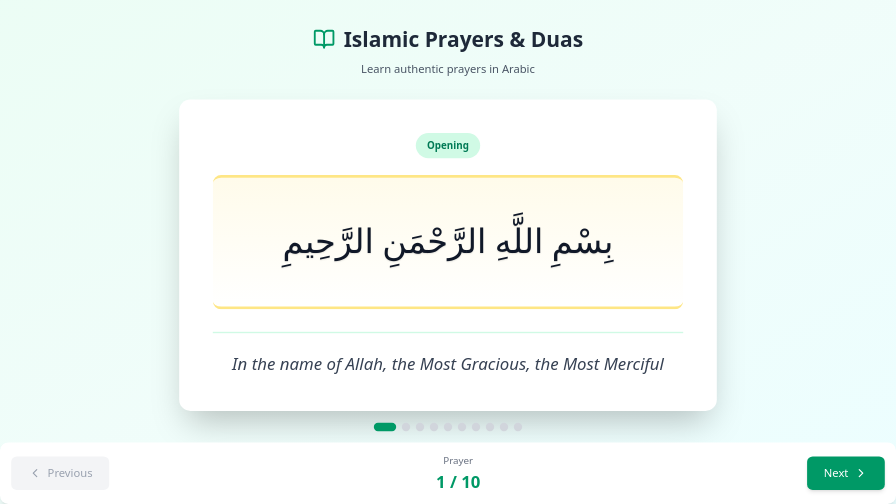
Repository: AbdulquddusMuhammad/prayerApp2.0
Page: /
These files come from the project's save history. The page is drawn as it stood at one moment and after the next save; the edit follows.
The browser window is 1280 px wide. The pictures show the part of the page from y = 0 to 1920 px (the page is 720 px tall before and 5690 px after), at 70% of full size.
Some web fonts or font styles are not loaded; a fallback is used. The project was rebuilt for these pictures with package versions that can differ from the ones it lists, and the page was loaded fresh each time. Also part of the build but not shown: vite.config.js.

Above is the page before, as saved 2026-01-18 09:22:45.

After the next save:
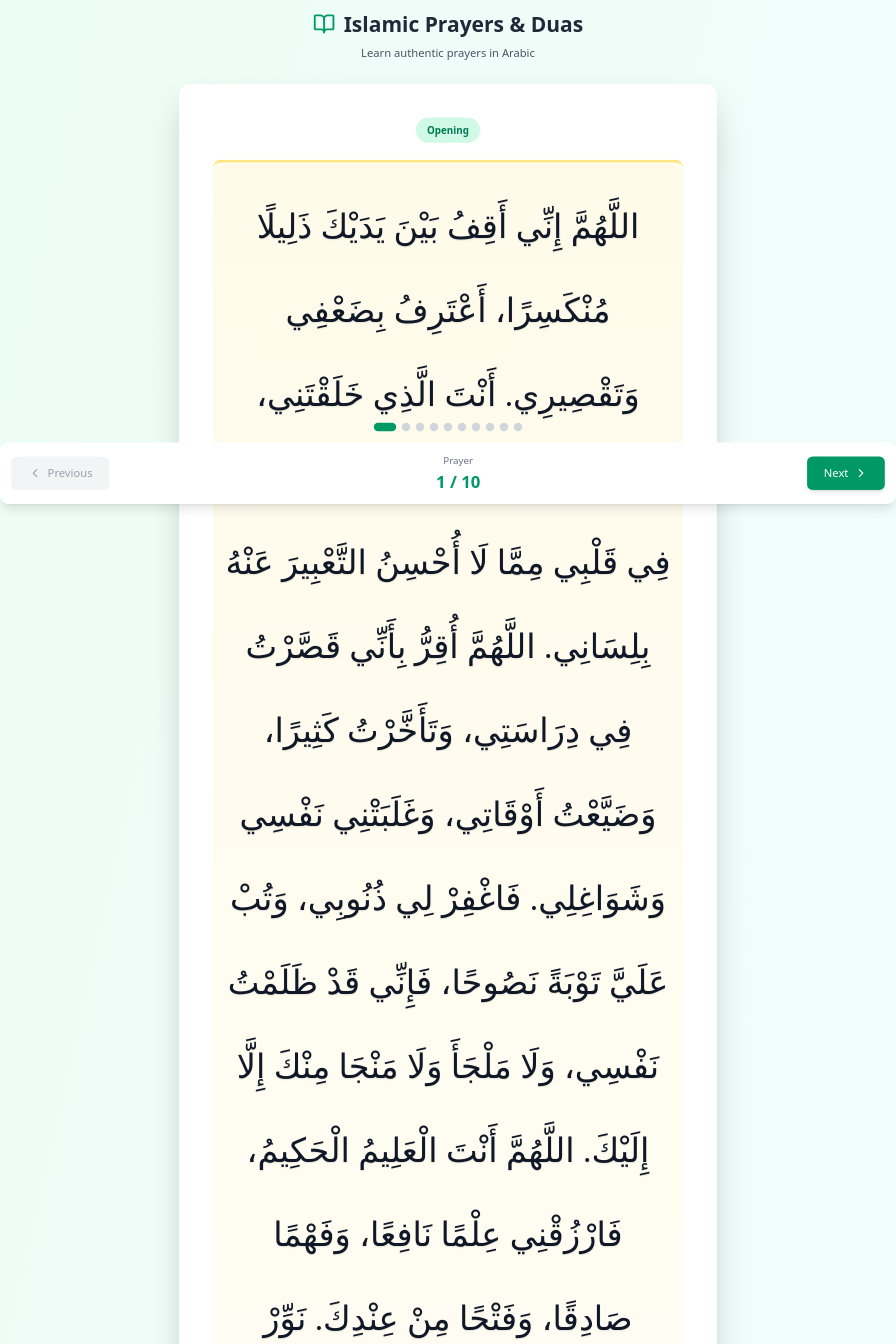
Saved 51 s later.
--- a/src/App.jsx
+++ b/src/App.jsx
@@ -14,10 +14,33 @@ const App = () => {
     prayers: [
       {
         id: 1,
-        arabic: "بِسْمِ اللَّهِ الرَّحْمَنِ الرَّحِيمِ",
-        translation: "In the name of Allah, the Most Gracious, the Most Merciful",
+        arabic: `اللَّهُمَّ إِنِّي أَقِفُ بَيْنَ يَدَيْكَ ذَلِيلًا مُنْكَسِرًا، أَعْتَرِفُ بِضَعْفِي وَتَقْصِيرِي. أَنْتَ الَّذِي خَلَقْتَنِي، وَتَعْلَمُ سِرِّي وَعَلَانِيَتِي، وَتَعْلَمُ مَا فِي قَلْبِي مِمَّا لَا أُحْسِنُ التَّعْبِيرَ عَنْهُ بِلِسَانِي.
+
+اللَّهُمَّ أُقِرُّ بِأَنِّي قَصَّرْتُ فِي دِرَاسَتِي، وَتَأَخَّرْتُ كَثِيرًا، وَضَيَّعْتُ أَوْقَاتِي، وَغَلَبَتْنِي نَفْسِي وَشَوَاغِلِي. فَاغْفِرْ لِي ذُنُوبِي، وَتُبْ عَلَيَّ تَوْبَةً نَصُوحًا، فَإِنِّي قَدْ ظَلَمْتُ نَفْسِي، وَلَا مَلْجَأَ وَلَا مَنْجَا مِنْكَ إِلَّا إِلَيْكَ.
+
+اللَّهُمَّ أَنْتَ الْعَلِيمُ الْحَكِيمُ، فَارْزُقْنِي عِلْمًا نَافِعًا، وَفَهْمًا صَادِقًا، وَفَتْحًا مِنْ عِنْدِكَ. نَوِّرْ عَقْلِي، وَقَوِّ ذَاكِرَتِي، وَاشْرَحْ صَدْرِي لِلتَّعَلُّمِ، وَاصْرِفْ عَنِّي التَّشْتِيتَ وَالْكِسَلَ، وَارْزُقْنِي التَّرْكِيزَ وَالثَّبَاتَ.
+
+اللَّهُمَّ أَعِنِّي عَلَى تَدَارُكِ مَا فَاتَنِي، وَيَسِّرْ لِي مَا اسْتَصْعَبْتُهُ، وَخَفِّفْ عَنِّي مَا أَثْقَلَنِي. بَارِكْ لِي فِي وَقْتِي، وَوَفِّقْنِي لِحُسْنِ اسْتِغْلَالِهِ، وَارْزُقْنِي الِانْضِبَاطَ وَالِاجْتِهَادَ وَالْمُوَاظَبَةَ.
+
+اللَّهُمَّ لَا تَكِلْنِي إِلَى نَفْسِي طَرْفَةَ عَيْنٍ. كُنْ لِي عَوْنًا إِذَا ضَعُفْتُ، وَمُثَبِّتًا إِذَا فَتَرْتُ، وَمُوَجِّهًا إِذَا ضَلَلْتُ. اجْعَلْ سَعْيِي مَبْرُورًا، وَتَقَدُّمِي مُتَوَاصِلًا وَلَوْ كَانَ قَلِيلًا.
+
+اللَّهُمَّ إِنِّي أُفَوِّضُ أَمْرِي إِلَيْكَ، وَأَسْأَلُكَ فَضْلَكَ وَرَحْمَتَكَ، أَنْ تَجْبُرَ نَقْصِي، وَتُعِينَنِي عَلَى نَفْسِي، وَلَا تَحْرِمْنِي التَّوْفِيقَ بِسَبَبِ تَقْصِيرِي. إِنَّكَ أَنْتَ الرَّحْمَنُ الرَّحِيمُ، وَإِنِّي إِلَيْكَ فَقِيرٌ فِي كُلِّ أَمْرٍ. آمِينَ.
+`,
+        translation: `O Allah, my Lord, I come before You in humility and need. You are the One who created me, who knows what is hidden in my heart and what my tongue cannot fully express. I acknowledge my shortcomings, my weaknesses, my lack of discipline, and my many failures in my studies. I admit that I have fallen behind, not because You withheld Your mercy, but because of my own negligence, distractions, and poor choices.
+
+O Allah, forgive me for wasting time, for delaying what was required of me, and for not striving as I should have. Forgive me for moments of laziness, lack of focus, and loss of motivation. I have wronged myself, and I have no one to turn to but You.
+
+O Allah, You are Al-‘Alīm, the All-Knowing. Grant me beneficial knowledge that settles in my heart and increases me in understanding. Open my mind to learn, strengthen my memory, and grant me clarity and focus. Remove confusion from my thoughts and replace it with calmness and purpose.
+
+O Allah, help me catch up where I have fallen behind. Make what feels difficult easy for me, and what feels overwhelming manageable by Your mercy. Grant me discipline, consistency, and sincere effort. Bless my time and allow me to use it wisely.
+
+O Allah, do not leave me to myself even for a moment. Support me when I feel weak, motivate me when I feel discouraged, and remind me of my goals when I feel lost. Make my efforts fruitful and my progress steady, even if it is small.
+
+O Allah, I place my trust in You. I ask You to guide me, help me, and not deprive me of success because of my shortcomings. Indeed, You are the Most Merciful, and I am in need of Your help in every matter. Ameen.
+`,
         category: "Opening",
       },
+
       {
         id: 2,
         arabic: "الْحَمْدُ لِلَّهِ رَبِّ الْعَالَمِينَ",
